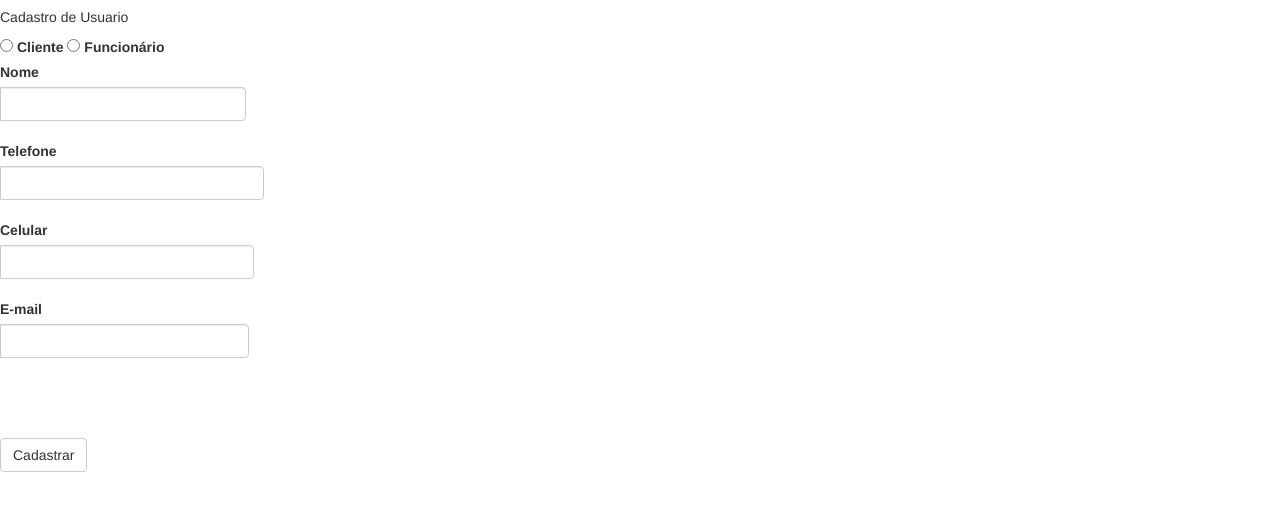
Repository: cadupedrassani/CursoDeJava
Page: Avaliação/BaseAPI/WebApp/src/main/webapp/usuario/cadastro.html
These files come from the project's save history. The page is drawn as it stood at one moment and after the next save; the edit follows.
The browser window is 1280 px wide. The pictures show the whole page.
The page's requests for data from a server got no answer.

Above is the page before, as saved 2016-12-08 16:16:01.

After the next save:
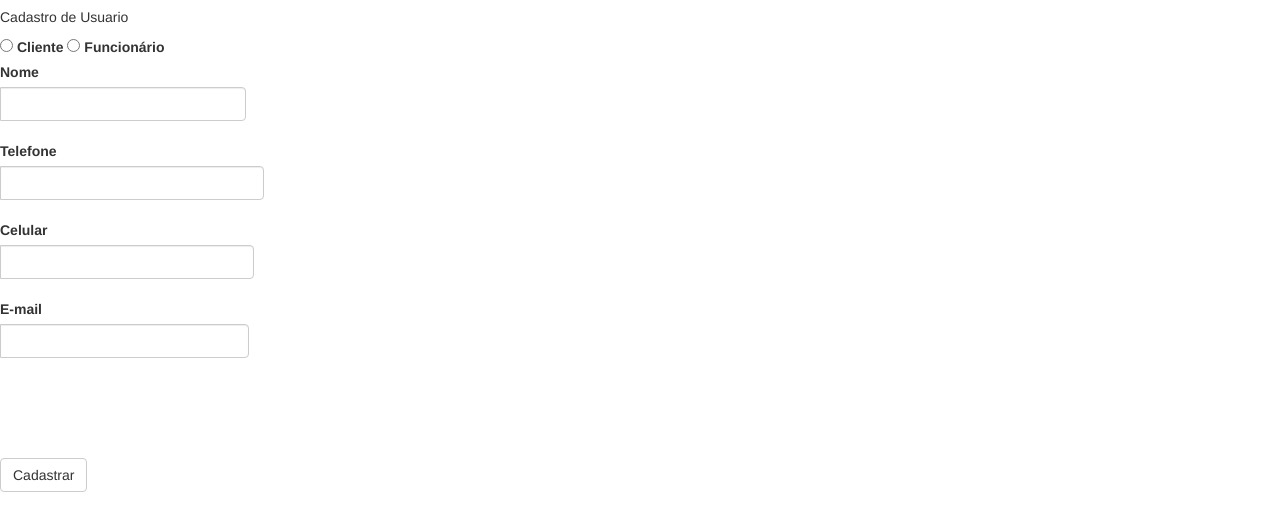
Saved 21 min 15 s later.
--- a/Avaliação/BaseAPI/WebApp/src/main/webapp/usuario/cadastro.html
+++ b/Avaliação/BaseAPI/WebApp/src/main/webapp/usuario/cadastro.html
@@ -54,6 +54,11 @@
 	<input id="email-usuario"
 	       type="text"
 	       class="form-control"></input>
+</div>
+</br>
+
+<div class="input-group">
+	<div id="endereco-usuario-container" />
 </div>
 </br>
 
